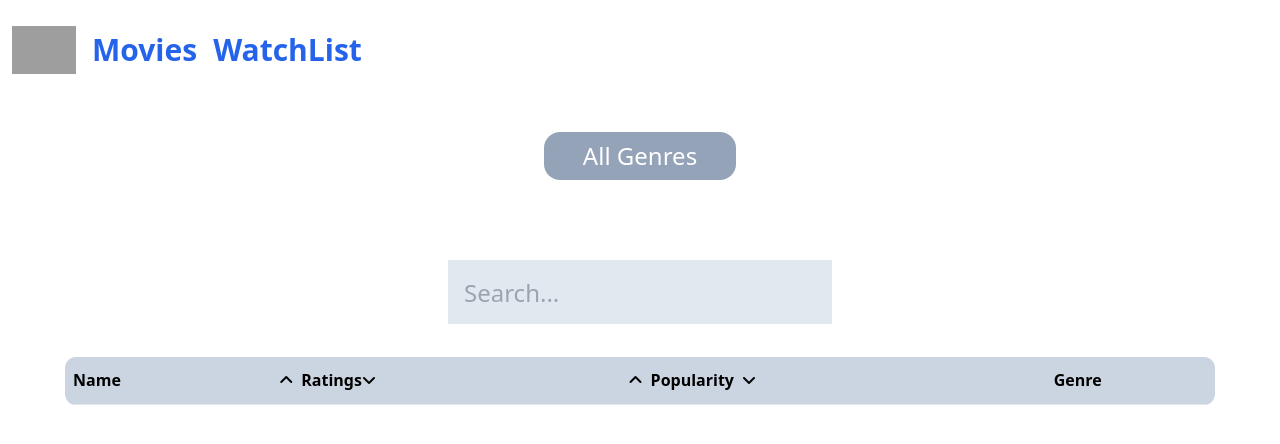
Repository: Aakash20bhatt/LearnReact
Page: /watchlist (app in moviesApp/)
An editor plug-in stored every save of this project. The page is shown before and after the next save, followed by the edit.
The browser window is 1280 px wide. The pictures show the whole page.
Pictures or frames that could not be fetched are drawn as grey boxes. Some web libraries are served in a nearby version. The project was rebuilt for these pictures with package versions that can differ from the ones it lists, and the page was loaded fresh each time. Also part of the build but not shown: moviesApp/vite.config.js, moviesApp/src/App.css, moviesApp/src/Components/Banner.jsx, moviesApp/src/Components/MovieCard.jsx, moviesApp/src/Components/Pagination.jsx, moviesApp/src/Components/Movies.jsx, moviesApp/src/Components/MovieDetails.jsx.

Above is the page before, as saved 2024-08-20 13:40:30.

### moviesApp/index.html
<!doctype html>
<html lang="en">
  <head>
    <meta charset="UTF-8" />
    <link rel="icon" type="image/svg+xml" href="/vite.svg" />
    <meta name="viewport" content="width=device-width, initial-scale=1.0" />
    <title>Movies recommendation</title>
    <link rel="stylesheet" href="https://cdnjs.cloudflare.com/ajax/libs/font-awesome/6.6.0/css/all.min.css" integrity="sha512-Kc323vGBEqzTmouAECnVceyQqyqdsSiqLQISBL29aUW4U/M7pSPA/gEUZQqv1cwx4OnYxTxve5UMg5GT6L4JJg==" crossorigin="anonymous" referrerpolicy="no-referrer" />
  </head>
  <body>
    <div id="root"></div>
    <script type="module" src="/src/main.jsx"></script>
  </body>
</html>

### moviesApp/src/App.jsx
import { useState } from 'react'

import './App.css'
import Watchlist from './Components/Watchlist'
import Navbar from './Components/Navbar'
import Banner from './Components/Banner'
import Movies from './Components/Movies'
import { BrowserRouter, Routes, Route } from 'react-router-dom'
import MovieContext from './Contexts/MovieContext'
import PaginationContext from './Contexts/PaginationContext'
import MovieDetails from './Components/MovieDetails'

function App() {
  const [watchList,setWatchList] = useState(
    JSON.parse(localStorage.getItem('watchList'))||[]
  );

  const addToWatchList = (movieToAdd)=>{
    const newWatchList = [...watchList,movieToAdd]
    setWatchList(newWatchList);
  }

  const removeFromWatchList = (movieToRemove)=>{
      const filteredWatchList = watchList.filter((movieObj) => movieObj.id !== movieToRemove.id);
      setWatchList(filteredWatchList);
  }

  const [pageNo,setPageNo] = useState(1);

  const handlePrev=(e)=>{
    if(pageNo>1){
        setPageNo(pageNo-1);
    }
}

  const handleNext=(e)=>{
      setPageNo(pageNo+1)
  }


  return (
    <BrowserRouter>
      <Navbar/>
        <MovieContext.Provider value = {{watchList,addToWatchList,removeFromWatchList,setWatchList}}>
          <Routes>
            <Route path='/' element={
              <>
                <Banner/>
                <PaginationContext.Provider value = {{pageNo,handleNext,handlePrev}}>
                  <Movies/>
                </PaginationContext.Provider>
              </>
            }></Route>

            <Route path='/:title/:id' element={
              <MovieDetails/>
            }>
            </Route>

            <Route path='/watchlist' element={
              <Watchlist
              />
            }></Route>
          </Routes>
        </MovieContext.Provider>
    </BrowserRouter>
  )
}

export default App

### moviesApp/src/index.css
@tailwind base;
@tailwind components;
@tailwind utilities;

*{
  margin: 0;
  padding:0;
  box-sizing: border-box;
}

### moviesApp/src/Components/Watchlist.jsx
import { useContext, useEffect, useState } from "react";
import { GENRES_ID_MAPPING, ALL_GENRES, BASE_URL } from "../utils/common";
import MovieContext from "../Contexts/MovieContext";
import {useNavigate } from "react-router-dom";

export default function Watchlist(){
    const {watchList:movies,removeFromWatchList,setWatchList} = useContext(MovieContext);
    const [genres,setGenres] = useState([ALL_GENRES]);
    const [selectedGenre,setSelectedGenre] = useState(ALL_GENRES)
    const [search, setSearchValue] = useState('');
    const [debouncedSearch, setDebounceSearch] = useState('');
    const navigate = useNavigate();

    useEffect(()=>{
        const genreList = movies.map((movieObj)=>{
            return GENRES_ID_MAPPING[movieObj.genre_ids[0]];
        });
        const uniqueGenreList = new Set(genreList);
        setGenres([ALL_GENRES,...uniqueGenreList])
    },[movies])

    useEffect(()=>{
        console.log(search)
        const handler = setTimeout(()=>{
            setDebounceSearch(search);
        },500)

        return ()=>{
            clearInterval(handler);
        }
    },[search])

    const sortAscending = (key)=>{
        const sortedMovies = [...movies].sort((movieA, movieB)=>{
            return movieA[key]-movieB[key];
        })
        setWatchList(sortedMovies);
    }

    const sortDescending = (key)=>{
        const sortedMovies = [...movies].sort((movieA, movieB)=>{
            return movieB[key]-movieA[key];
        })
        setWatchList(sortedMovies)
    }

    return(
        <div className="flex flex-col items-center justify-center">
            <div className="flex flex-wrap gap w-[90%] my-8 justify-evenly">
                {
                    genres.map((genre,index)=>{
                        return <div
                        key={index}
                        onClick={()=>setSelectedGenre(genre)}
                        className={`cursor-pointer text-2xl rounded-2xl text-white h-[3rem]
                        w-[12rem] bg-slate-400 flex items-center justify-center
                        mb-4
                        ${genre === selectedGenre ? "bg-blue-400" : ""}
                        `}>
                            {genre}
                        </div>
                    })
                }
            </div>
            <input value={search}
            placeholder="Search..."
            className="h-[4rem] p-4 w-[24rem] my-8 text-2xl bg-slate-200 outline-none"
            onChange={(e)=>setSearchValue(e.target.value)}/>
            <table className="rounded-xl border w-[90%] overflow-hidden">
                <thead className="bg-slate-300 h-12 rounded-lg">
                    <tr className="border-b-2 text-left">
                        <th className="p-2">Name</th>
                        <th>
                            <i onClick={()=>sortAscending('vote_average')}  className="cursor-pointer fa-solid fa-angle-up mr-2"></i>
                            Ratings
                            <i onClick={()=>sortDescending('vote_average')} className="cursor-pointer fa-solid fa-angle-down mr-2"></i>
                        </th>
                        <th>
                            <i onClick={()=>sortAscending('popularity')}  className="cursor-pointer fa-solid fa-angle-up mr-2"></i>
                            Popularity
                            <i onClick={()=>sortDescending('popularity')} className="cursor-pointer fa-solid fa-angle-down ml-2"></i>
                        </th>
                        <th>Genre</th>
                        <th></th>
                    </tr>
                </thead>
                <tbody>
                    {movies.filter((movieObj)=>{
                        if(selectedGenre===ALL_GENRES) return true;
                        return selectedGenre === GENRES_ID_MAPPING[movieObj.genre_ids[0]]
                    }).filter((movieObj)=>{
                        return movieObj.title.toLowerCase().includes(debouncedSearch.toLowerCase().toLowerCase())
                    })
                    .map((movie)=>{
                        return (
                            <tr key={movie.id} className="border-2	hover:bg-slate-100">
                                <td className="flex m-4 gap-8 items-center">
                                <div onClick={()=>navigate(`/${movie.title.replace(/[:\s]+/g, '-').replace(/[^a-zA-Z0-9-_]/g, '')}/${movie.id}`)}>
                                    <img className="h-32 w-36 rounded-lg cursor-pointer"
                                        src={BASE_URL + movie.backdrop_path}
                                        alt="poster" />
                                    </div>
                                    {movie.title}
                                </td>
                                <td className="p-4">{movie.vote_average}</td>
                                <td className="p-4">{movie.popularity}</td>
                                <td className="p-4">{GENRES_ID_MAPPING[movie.genre_ids[0]]}</td>
                                <td onClick={()=>removeFromWatchList(movie)} className="text-rose-600 cursor-pointer p-4">
                                    <i className="fa-solid fa-trash"></i>
                                </td>
                            </tr>
                        )
                    })}
                </tbody>
            </table>
        </div>
    )
}

### moviesApp/src/Components/Navbar.jsx
import {Link} from 'react-router-dom'

export default function Navbar(){
    return(
        <div className="flex items-center pl-3 py-4">
            <img className="h-12 "src="https://cdn-icons-png.flaticon.com/512/2503/2503508.png" alt="" />
            <Link className="m-4 text-blue-600 text-3xl font-bold" to="/">Movies</Link>
            <Link className="text-blue-600 text-3xl font-bold" to="/watchlist" >WatchList</Link>
        </div>
    )
}

### moviesApp/src/Contexts/MovieContext.js
import { createContext } from "react";

const MovieContext = createContext();

export default MovieContext;

### moviesApp/src/Contexts/PaginationContext.js
import { createContext } from "react";

const PaginationContext = createContext();

export default PaginationContext;

### moviesApp/src/utils/common.js
export const BASE_URL = "https://image.tmdb.org/t/p/original/"

export const GENRES_ID_MAPPING = {
    28: "Action",
    12: "Adventure",
    16: "Animation",
    35: "Comedy",
    80: "Crime",
    99: "Documentary",
    18: "Drama",
    10751: "Family",
    14: "Fantasy",
    36: "History",
    27: "Horror",
    10402: "Music",
    9648: "Mystery",
    10749: "Romance",
    878: "Science Fiction",
    10770: "TV Movie",
    53: "Thriller",
    10752: "War",
    37: "Western",
}

export const ALL_GENRES = "All Genres";

Loaded but not shown: moviesApp/src/main.jsx (common file); moviesApp/tailwind.config.js (common file)

After the next save:
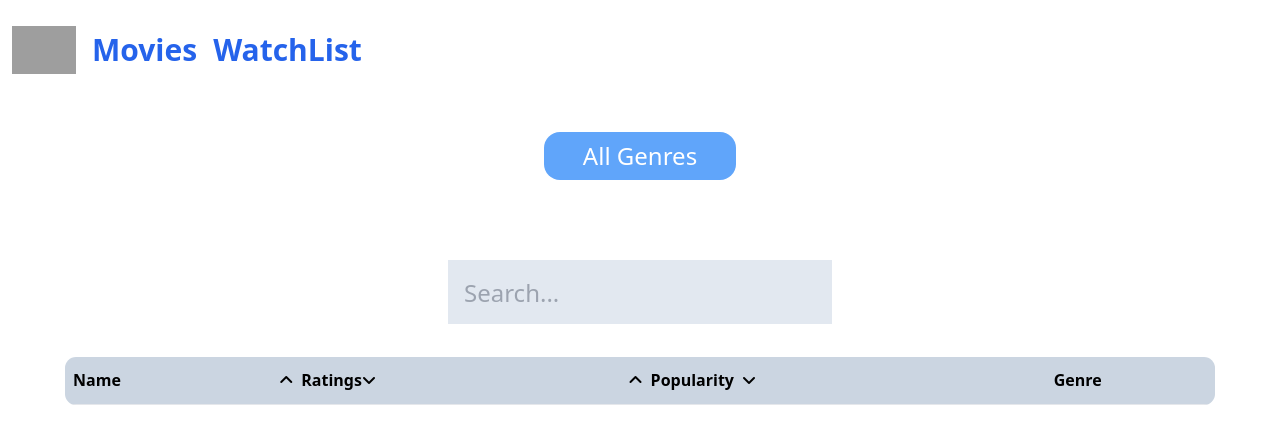
Saved 119 s later.
--- a/moviesApp/src/Components/Watchlist.jsx
+++ b/moviesApp/src/Components/Watchlist.jsx
@@ -53,9 +53,9 @@ export default function Watchlist(){
                         key={index}
                         onClick={()=>setSelectedGenre(genre)}
                         className={`cursor-pointer text-2xl rounded-2xl text-white h-[3rem]
-                        w-[12rem] bg-slate-400 flex items-center justify-center
+                        w-[12rem] flex items-center justify-center
                         mb-4
-                        ${genre === selectedGenre ? "bg-blue-400" : ""}
+                        ${genre === selectedGenre ? "bg-blue-400" : "bg-slate-400"}
                         `}>
                             {genre}
                         </div>
